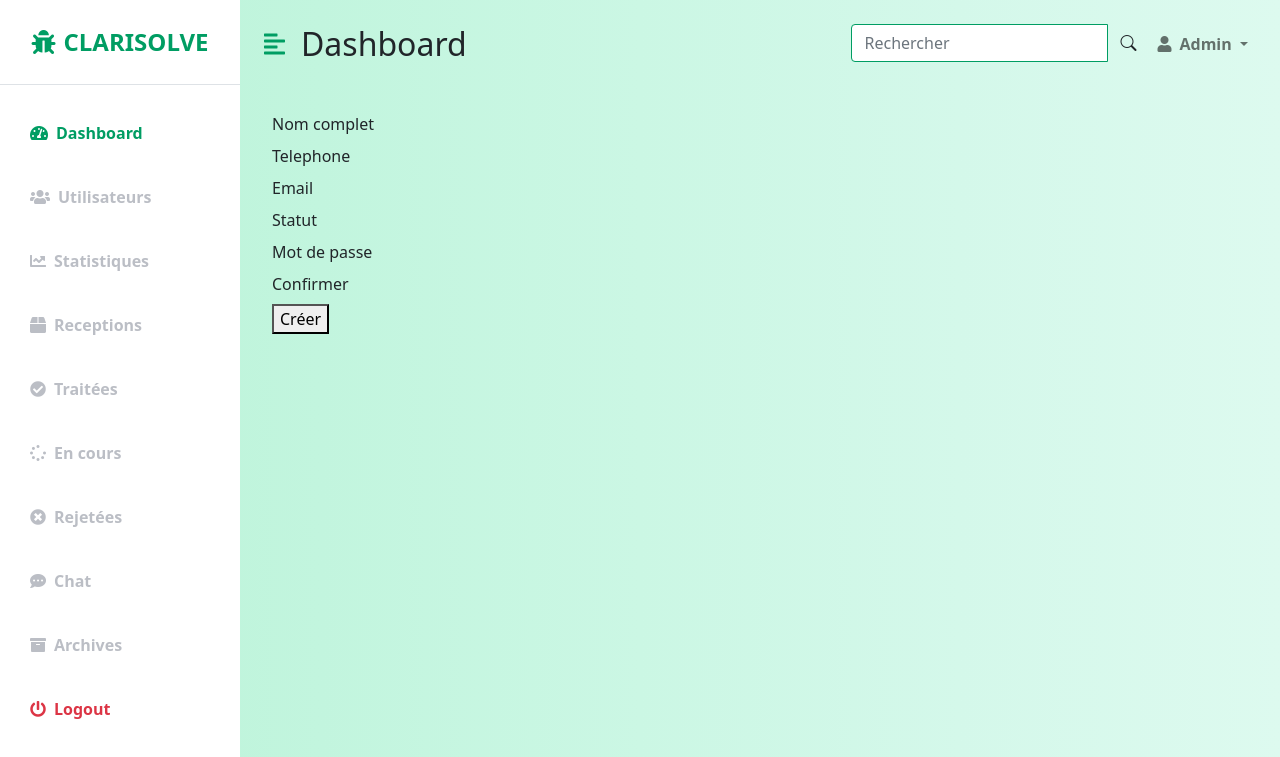
Repository: Senare1/PlaintEasy
Page: accounts/templates/accounts/signup_user.html
These files come from the project's save history. The page is drawn as it stood at one moment and after the next save; the edit follows.
The browser window is 1280 px wide. The pictures show the whole page.
The template is drawn by Django 4.2. The application's start-up code is not run. Other server files are loaded and not shown. The template is opened directly, without the code that normally fills it, so the values that code supplies are empty.

Above is the page before, as saved 2024-07-31 04:54:51.

### accounts/templates/accounts/signup_user.html
{% extends 'accounts/base.html' %}

{% load static %}
{% block title %} {% endblock %}

{% block content %}

<div class="container-fluid px-4">
    <form method="POST" class="mx-auto my-auto">
        {% csrf_token %}
        <div class="container px-2 py-3">
            <div class="row my-2">
                <div class="col">
                    <label class="text-end" for="id_full_name">Nom complet</label>
                </div>
                <div class="col">
                    {{ form.full_name }}
                </div>
            </div>
            <div class="row my-2">
                <div class="col tal">
                    <label class="text-end" for="id_phone">Telephone</label>
                </div>
                <div class="col">
                    {{ form.phone }}
                </div>
            </div>
            <div class="row my-2">
                <div class="col">
                    <label class="text-end" for="id_email">Email </label>
                </div>
                <div class="col">
                    {{ form.email }}
                </div>
            </div>
            <div class="row my-2">
                <div class="col">
                    <label class="text-end" for="id_status">Statut</label>
                </div>
                <div class="col">
                    {{ form.status }}
                </div>
            </div>
            <div class="row my-2">
                <div class="col">
                    <label class="text-end" for="id_password1">Mot de passe</label>
                </div>
                <div class="col">
                    {{ form.password1 }}
                </div>
            </div>
            <div class="row my-2">
                <div class="col">
                    <label class="text-end" for="id_password2">Confirmer</label>
                </div>
                <div class="col">
                    {{ form.password2 }}
                </div>
            </div>
            <div class="me-2">
                <button type="submit">Créer</button>
            </div>
        </div>
    </form>
</div>
{% endblock %}

### accounts/templates/accounts/base.html
{% load static %}
<!DOCTYPE html>
<html lang="en">

<head>
    <meta charset="UTF-8" />
    <meta http-equiv="X-UA-Compatible" content="IE=edge" />
    <meta name="viewport" content="width=device-width, initial-scale=1.0" />
    <link href="https://cdn.jsdelivr.net/npm/bootstrap@5.0.0-beta3/dist/css/bootstrap.min.css" rel="stylesheet" />
    <link rel="stylesheet" href="https://cdnjs.cloudflare.com/ajax/libs/bootstrap-icons/1.10.0/font/bootstrap-icons.min.css">
    <link rel="stylesheet" href="https://cdnjs.cloudflare.com/ajax/libs/font-awesome/5.15.3/css/all.min.css" />

    <link rel="stylesheet" href="{% static 'accounts/css/style.css' %}" />
    <title>{% block title %} {% endblock %}</title>
</head>

<body>
    <div class="d-flex" id="wrapper">
        <!-- Sidebar -->
        <div class="bg-white" id="sidebar-wrapper">
            <div class="sidebar-heading text-center py-4 primary-text fs-4 fw-bold text-uppercase border-bottom"><i
                    class="fas fa-bug me-2"></i>ClariSolve</div>
            <div class="list-group list-group-flush my-3">
                <a href="{% url 'dashboard' %}" class="list-group-item list-group-item-action bg-transparent second-text active"><i
                        class="fas fa-tachometer-alt me-2"></i>Dashboard</a>
                <a href="{% url 'users' %}" class="list-group-item list-group-item-action bg-transparent second-text fw-bold"><i
                        class="fas fa-users me-2"></i>Utilisateurs</a>
                <a href="{% url 'statistics' %}" class="list-group-item list-group-item-action bg-transparent second-text fw-bold"><i
                        class="fas fa-chart-line me-2"></i>Statistiques</a>
                <a href="{% url 'receiving' %}" class="list-group-item list-group-item-action bg-transparent second-text fw-bold"><i class="fas fa-box me-2"></i>Receptions</a>
                <a href="{% url 'treated' %}" class="list-group-item list-group-item-action bg-transparent second-text fw-bold"><i
                        class="fas fa-check-circle me-2"></i>Traitées</a>
                <a href="{% url 'running' %}" class="list-group-item list-group-item-action bg-transparent second-text fw-bold"><i
                        class="fas fa-spinner me-2"></i>En cours</a>
                <a href="{% url 'rejection' %}" class="list-group-item list-group-item-action bg-transparent second-text fw-bold"><i
                        class="fas fa-times-circle me-2"></i>Rejetées</a>
                <a href="{% url 'chat' %}" class="list-group-item list-group-item-action bg-transparent second-text fw-bold"><i
                        class="fas fa-comment-dots me-2"></i>Chat</a>
                <a href="{% url 'archive' %}" class="list-group-item list-group-item-action bg-transparent second-text fw-bold"><i
                        class="fas fa-archive me-2"></i>Archives</a>
                <a href="{% url 'logout' %}" class="list-group-item list-group-item-action bg-transparent text-danger fw-bold"><i
                        class="fas fa-power-off me-2"></i>Logout</a>
            </div>
        </div>
        <!-- /#sidebar-wrapper -->

        <!-- Page Content -->
        <div id="page-content-wrapper">
            <nav class="navbar navbar-expand-lg navbar-light bg-transparent py-4 px-4">
                <div class="d-flex align-items-center">
                    <i class="fas fa-align-left primary-text fs-4 me-3" id="menu-toggle"></i>
                    <h2 class="fs-2 m-0">Dashboard</h2>
                </div>

                <button class="navbar-toggler" type="button" data-bs-toggle="collapse"
                    data-bs-target="#navbarSupportedContent" aria-controls="navbarSupportedContent"
                    aria-expanded="false" aria-label="Toggle navigation">
                    <span class="navbar-toggler-icon"></span>
                </button>

                <div class="collapse navbar-collapse" id="navbarSupportedContent">
                    <ul class="navbar-nav ms-auto mb-2 mb-lg-0">
                        <li class="navbar-item dropdown">
                            <form class="d-flex search-form myform" role="search">
                                <div class="input-group">
                                    <input type="search" class="form-control search-input" placeholder="Rechercher" aria-label="Search">
                                    <button class="btn search-button" type="submit" id="resetBtn">
                                      <i class="bi bi-search"></i>
                                    </button>
                                </div>
                            </form>
                        </li>
                        <li class="nav-item dropdown">
                            <a class="nav-link dropdown-toggle second-text fw-bold" href="#" id="navbarDropdown"
                                role="button" data-bs-toggle="dropdown" aria-expanded="false">
                                <i class="fas fa-user me-2"></i>Admin
                            </a>
                            <ul class="dropdown-menu me-2" aria-labelledby="navbarDropdown">
                                <li><a class="dropdown-item" href="{% url 'profile' %}">Profile</a></li>
                                <li><a class="dropdown-item" href="{% url 'settings' %}">Settings</a></li>
                                <li><a class="dropdown-item" href="{% url 'logout' %}">Logout</a></li>
                            </ul>
                        </li>
                    </ul>
                </div>
            </nav>
                <!-- /#page-content-wrapper -->
            {% block content %}

            {% endblock %}
        </div>
    </div>
    <script src="https://cdn.jsdelivr.net/npm/bootstrap@5.0.0-beta3/dist/js/bootstrap.bundle.min.js"></script>


    <script>
        var el = document.getElementById("wrapper");
        var toggleButton = document.getElementById("menu-toggle");

        toggleButton.onclick = function () {
            el.classList.toggle("toggled");
        };

        document.getElementById('resetBtn').addEventListener('click', function() {
            document.getElementById('myForm').reset();
        });

    </script>
</body>

</html>

### accounts/static/accounts/css/style.css
:root {
  --main-bg-color: #009d63;
  --main-text-color: #009d63;
  --second-text-color: #bbbec5;
  --second-bg-color: #c1efde;
}

.primary-text {
  color: var(--main-text-color);
}

.second-text {
  color: var(--second-text-color);
}

.primary-bg {
  background-color: var(--main-bg-color);
}

.secondary-bg {
  background-color: var(--second-bg-color);
}

.rounded-full {
  border-radius: 100%;
}

#wrapper {
  overflow-x: hidden;
  background-image: linear-gradient(
    to right,
    #baf3d7,
    #c2f5de,
    #cbf7e4,
    #d4f8ea,
    #ddfaef
  );
}

#sidebar-wrapper {
  min-height: 100vh;
  margin-left: -15rem;
  -webkit-transition: margin 0.25s ease-out;
  -moz-transition: margin 0.25s ease-out;
  -o-transition: margin 0.25s ease-out;
  transition: margin 0.25s ease-out;
}

#sidebar-wrapper .sidebar-heading {
  padding: 0.875rem 1.25rem;
  font-size: 1.2rem;
}

#sidebar-wrapper .list-group {
  width: 15rem;
}

#page-content-wrapper {
  min-width: 100vw;
}

#wrapper.toggled #sidebar-wrapper {
  margin-left: 0;
}

#menu-toggle {
  cursor: pointer;
}

.list-group-item {
  border: none;
  padding: 20px 30px;
}

.list-group-item.active {
  background-color: transparent;
  color: var(--main-text-color);
  font-weight: bold;
  border: none;
}

@media (min-width: 768px) {
  #sidebar-wrapper {
    margin-left: 0;
  }

  #page-content-wrapper {
    min-width: 0;
    width: 100%;
  }

  #wrapper.toggled #sidebar-wrapper {
    margin-left: -15rem;
  }
}


.link-div ,.link-div:hover{
  color: inherit;
}

.form-control {
  border: 1px solid #009d63;
}

After the next save:
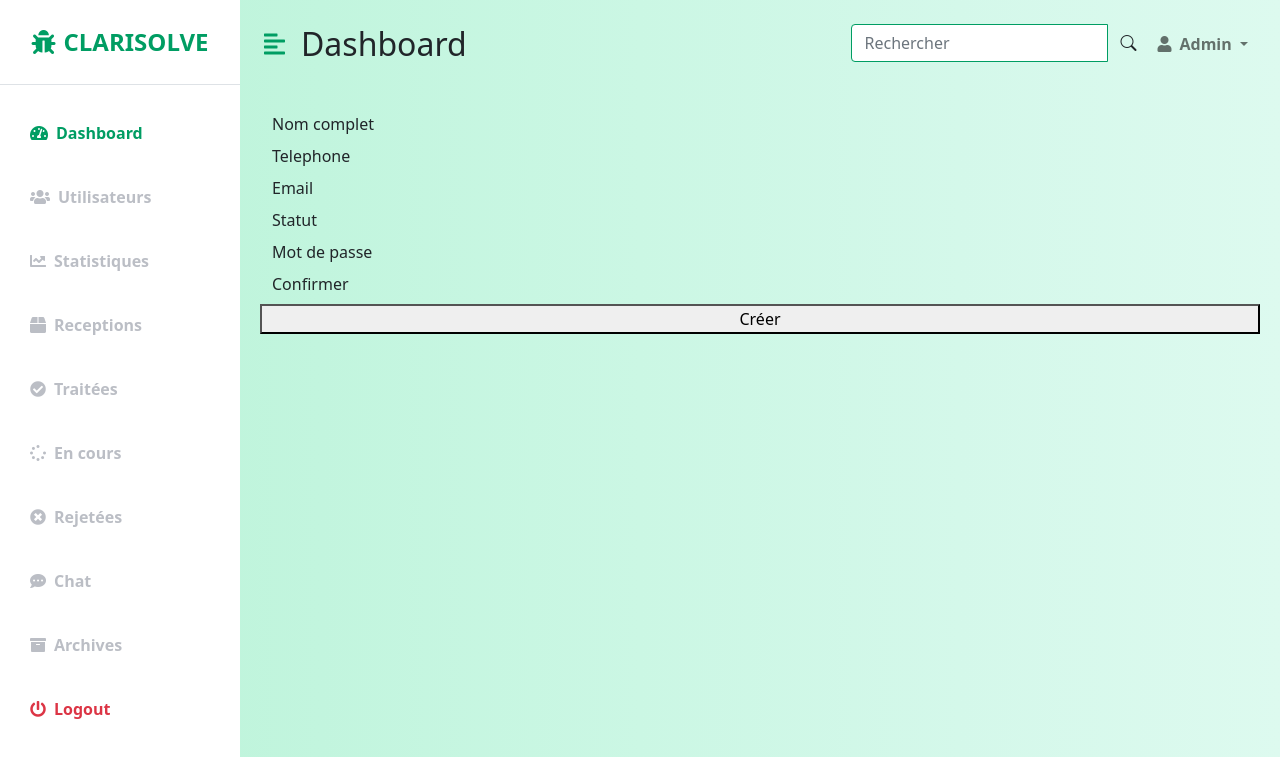
Saved 75 s later.
--- a/accounts/templates/accounts/signup_user.html
+++ b/accounts/templates/accounts/signup_user.html
@@ -57,7 +57,7 @@
                     {{ form.password2 }}
                 </div>
             </div>
-            <div class="me-2">
+            <div class="row ttext-end">
                 <button type="submit">Créer</button>
             </div>
         </div>
